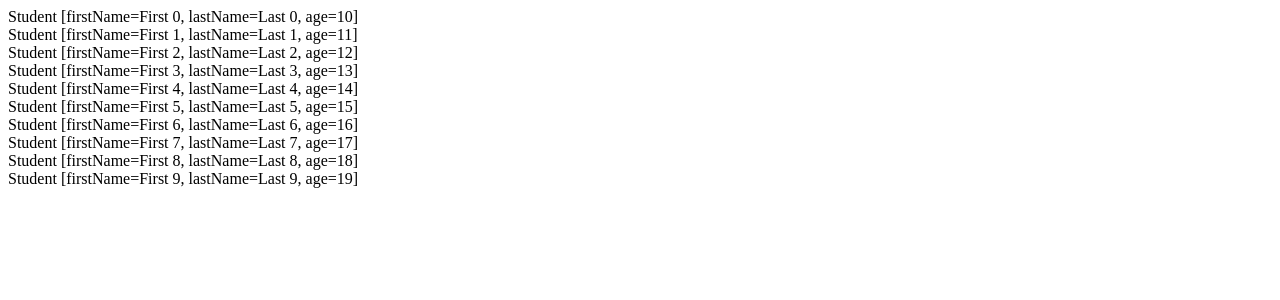
Repository: tuski/JavaProjects
Page: http://localhost/JSPTagDemo/home.jsp
An editor plug-in stored every save of this project. The page is shown before and after the next save, followed by the edit.
The browser window is 1280 px wide. The pictures show the whole page.
The page is served by Tomcat 9.

Above is the page before, as saved 2017-07-27 11:28:45.

### JSPTagDemo/WebContent/home.jsp
<%@ page language="java" contentType="text/html; charset=ISO-8859-1"
    pageEncoding="ISO-8859-1" import="java.util.*, com.tusar.*" %>

<%@ taglib uri="http://java.sun.com/jsp/jstl/core" prefix="c" %>
<!DOCTYPE html PUBLIC "-//W3C//DTD HTML 4.01 Transitional//EN" "http://www.w3.org/TR/html4/loose.dtd">
<html>
<head>
<meta http-equiv="Content-Type" content="text/html; charset=ISO-8859-1">
<title>JSP tag demo</title>
</head>
<body>
 <% List<Student> students=new ArrayList<>();
 for(int i=0;i<10;i++){
	 students.add(new Student("First "+i,"Last "+i,10+i));
 }
 pageContext.setAttribute("studentList", students);
 %>

 <c:forEach var="student" items="${studentList}">
   <c:out value="${student}"/><br/>
 </c:forEach>


</body>
</html>

### JSPTagDemo/src/com/tusar/Student.java
package com.tusar;
import java.io.Serializable;

public class Student implements Serializable{

	private String firstName, lastName;
	private int age;
	public Student(String firstName, String lastName, int age) {
		super();
		this.firstName = firstName;
		this.lastName = lastName;
		this.age = age;
	}
	public String getFirstName() {
		return firstName;
	}
	public String getLastName() {
		return lastName;
	}
	public int getAge() {
		return age;
	}
	@Override
	public String toString() {
		return "Student [firstName=" + firstName + ", lastName=" + lastName + ", age=" + age + "]";
	}



}

After the next save:
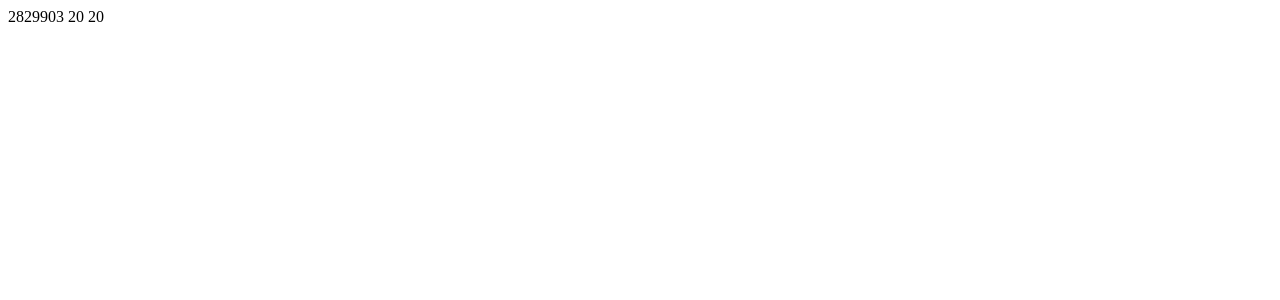
Saved 24 s later.
--- a/JSPTagDemo/WebContent/home.jsp
+++ b/JSPTagDemo/WebContent/home.jsp
@@ -16,10 +16,29 @@
  pageContext.setAttribute("studentList", students);
  %>
 
- <c:forEach var="student" items="${studentList}">
-   <c:out value="${student}"/><br/>
- </c:forEach>
+<c:out value=" ${2829903 } " />
 
+<c:set  var="data" scope="session"  value="${20 }" ></c:set>
+
+<c:out value="${data }"> <c:out value="${data}"></c:out>
+</c:out>
+<c:if test="${ data>100}" >
+   <c:out value="${data}"/>
+</c:if>
+
+<c:if test="${not (data>100) }">
+   <c:out value="${data}"/>
+   </c:if>
+
+<c:choose>
+<c:when test="${data>100 }">
+    <c:out value="${data}"/>
+</c:when>
+<c:otherwise>
+
+</c:otherwise>
+
+</c:choose>
 
 </body>
 </html>

After the save that followed:
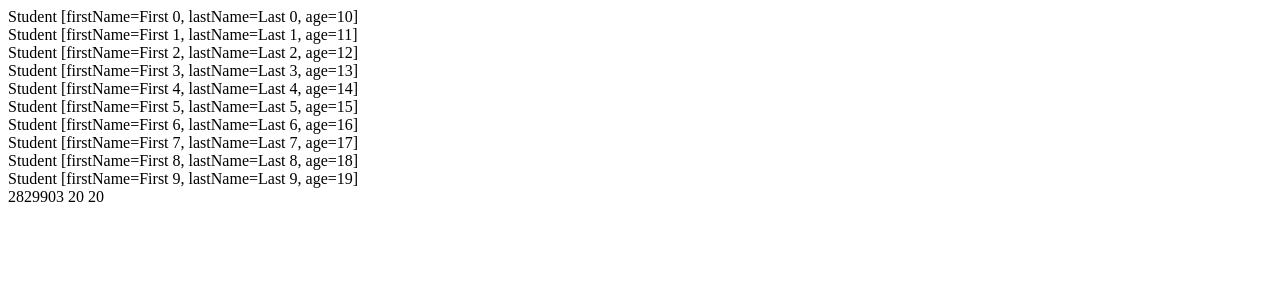
Saved 41 s later.
--- a/JSPTagDemo/WebContent/home.jsp
+++ b/JSPTagDemo/WebContent/home.jsp
@@ -15,6 +15,11 @@
  }
  pageContext.setAttribute("studentList", students);
  %>
+
+
+ <c:forEach var="student" items="${studentList}">
+   <c:out value="${student}"/><br/>
+ </c:forEach>
 
 <c:out value=" ${2829903 } " />
 
